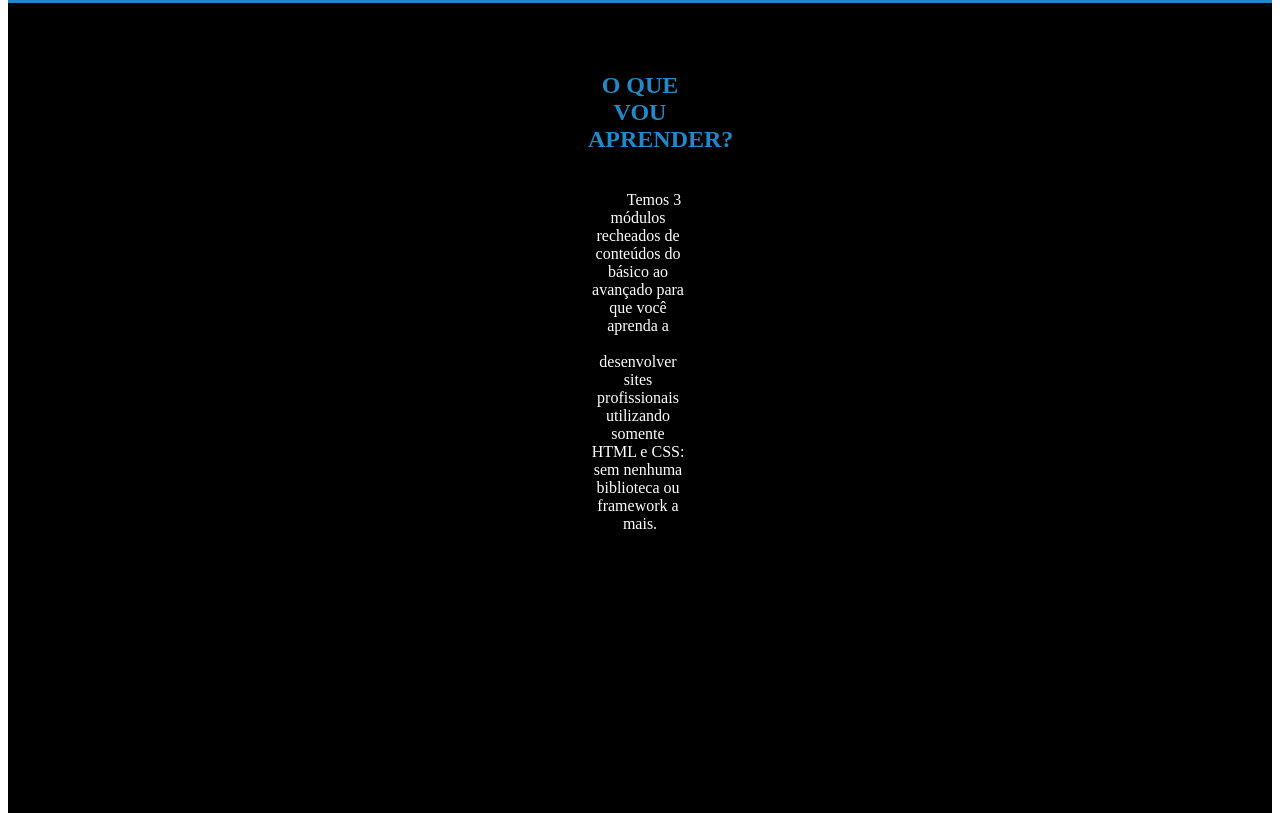
Repository: gustavotwist/trilha-css-desafio-01
Page: index.html
An editor plug-in stored every save of this project. The page is shown before and after the next save, followed by the edit.
The browser window is 1280 px wide. The pictures show the part of the page from y = 449 to 1262 px (the page is 2181 px tall before and 2055 px after).
A picture or video elsewhere on the page could not be fetched, so the positions and the page height are approximate.

Above is the page before, as saved 2024-07-15 18:41:39.

After the next save:
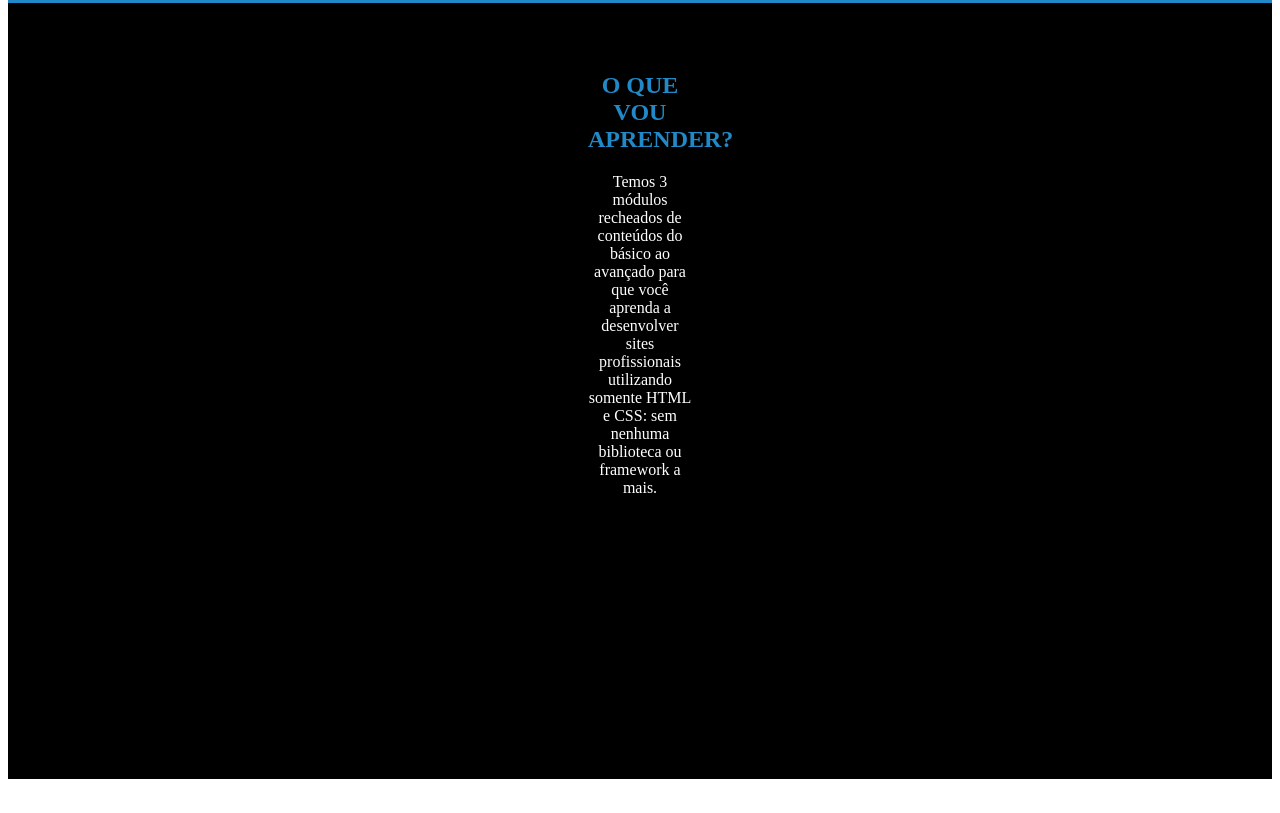
Saved 9 s later.
--- a/global.css
+++ b/global.css
@@ -39,7 +39,7 @@ button {
 
 section p{
     color: white;
-    white-space:break-spaces;
+    white-space:;
 }
 
 
